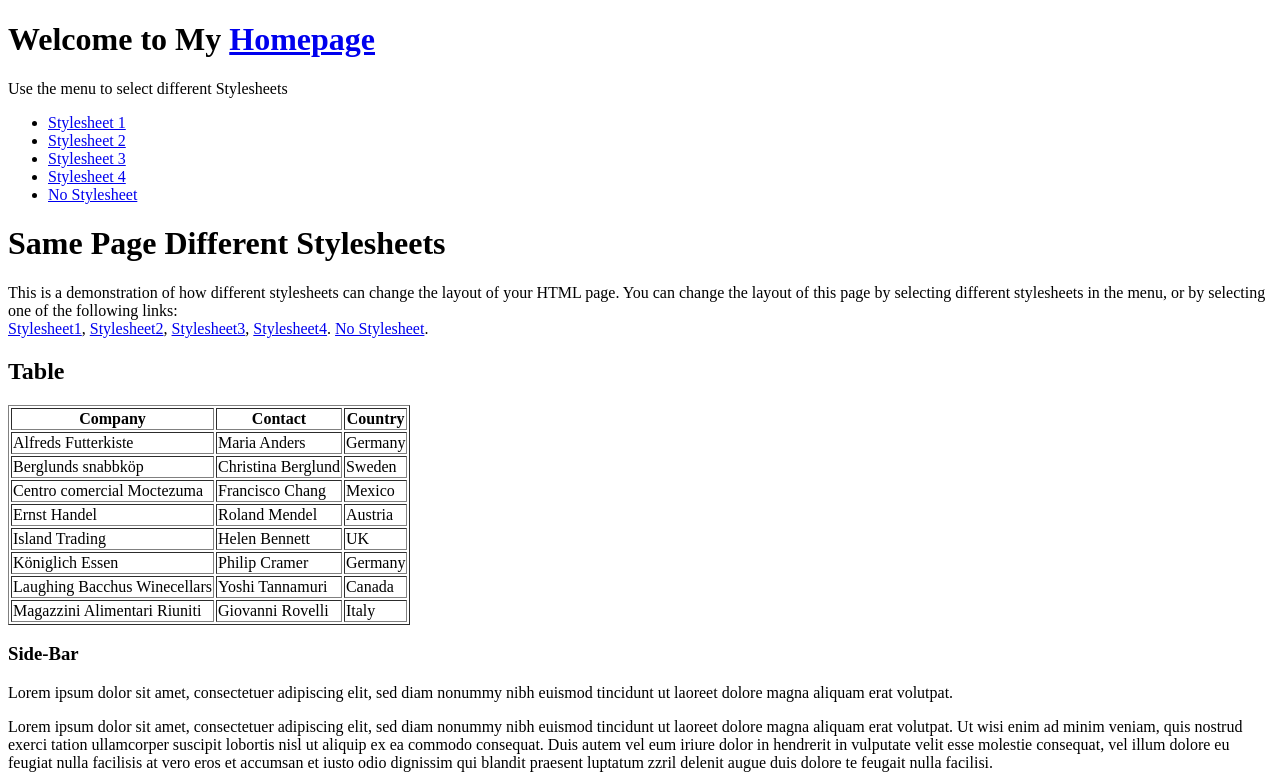
Repository: SanghunOh/learn_publising
Page: HtmlCss/WebContent/multiple/stylesheetNo.html
These files come from the project's save history. The page is drawn as it stood at one moment and after the next save; the edit follows.
The browser window is 1280 px wide. The pictures show the whole page.

Above is the page before, as saved 2017-10-11 00:54:45.

### HtmlCss/WebContent/multiple/stylesheetNo.html
<!DOCTYPE html>
<html>
<head>
<meta http-equiv="Content-Type" content="text/html; charset=utf-8">
<!-- meta http-equiv="Content-Type" content="text/html; charset=windows-1252" -->
<style>
</style>
</head>
<body>

	<div class="container wrapper">
		<div id="top">
			<h1>Welcome to My <a href="../index.html">Homepage</a></h1>
			<p>Use the menu to select different Stylesheets</p>
		</div>
		<div class="wrapper">
			<div id="menubar">
				<ul id="menulist">
					<li class="menuitem"><a class="menulink" href="stylesheet01.html">Stylesheet
							1</a></li>
					<li class="menuitem"><a class="menulink" href="stylesheet02.html">Stylesheet
							2</a></li>
					<li class="menuitem"><a class="menulink" href="stylesheet03.html">Stylesheet
							3</a></li>
					<li class="menuitem"><a class="menulink" href="stylesheet04.html">Stylesheet
							4</a></li>
					<li class="menuitem"><a class="menulink" href="stylesheetNo.html">No
							Stylesheet</a></li>
				</ul>
			</div>
			<div id="main">
				<h1>Same Page Different Stylesheets</h1>
				<p>
					This is a demonstration of how different stylesheets can change the
					layout of your HTML page. You can change the layout of this page by
					selecting different stylesheets in the menu, or by selecting one of
					the following links:<br> <a href="stylesheet01.html">Stylesheet1</a>,
					<a href="stylesheet02.html">Stylesheet2</a>, <a
						href="stylesheet03.html">Stylesheet3</a>, <a
						href="stylesheet04.html">Stylesheet4</a>. <a
						href="stylesheetNo.html">No Stylesheet</a>.

				</p>
				<h2>Table</h2>
				<table id="customers" border=1>
					<tbody>
						<tr>
							<th>Company</th>
							<th>Contact</th>
							<th>Country</th>
						</tr>
						<tr>
							<td>Alfreds Futterkiste</td>
							<td>Maria Anders</td>
							<td>Germany</td>
						</tr>
						<tr class="alt">
							<td>Berglunds snabbköp</td>
							<td>Christina Berglund</td>
							<td>Sweden</td>
						</tr>
						<tr>
							<td>Centro comercial Moctezuma</td>
							<td>Francisco Chang</td>
							<td>Mexico</td>
						</tr>
						<tr class="alt">
							<td>Ernst Handel</td>
							<td>Roland Mendel</td>
							<td>Austria</td>
						</tr>
						<tr>
							<td>Island Trading</td>
							<td>Helen Bennett</td>
							<td>UK</td>
						</tr>
						<tr class="alt">
							<td>Königlich Essen</td>
							<td>Philip Cramer</td>
							<td>Germany</td>
						</tr>
						<tr>
							<td>Laughing Bacchus Winecellars</td>
							<td>Yoshi Tannamuri</td>
							<td>Canada</td>
						</tr>
						<tr class="alt">
							<td>Magazzini Alimentari Riuniti</td>
							<td>Giovanni Rovelli</td>
							<td>Italy</td>
						</tr>
					</tbody>
				</table>
			</div>
			<div id="sidebar">
				<h3>Side-Bar</h3>
				<p>Lorem ipsum dolor sit amet, consectetuer adipiscing elit, sed
					diam nonummy nibh euismod tincidunt ut laoreet dolore magna aliquam
					erat volutpat.</p>
			</div>
		</div>


		<div id="bottom">Lorem ipsum dolor sit amet, consectetuer
			adipiscing elit, sed diam nonummy nibh euismod tincidunt ut laoreet
			dolore magna aliquam erat volutpat. Ut wisi enim ad minim veniam,
			quis nostrud exerci tation ullamcorper suscipit lobortis nisl ut
			aliquip ex ea commodo consequat. Duis autem vel eum iriure dolor in
			hendrerit in vulputate velit esse molestie consequat, vel illum
			dolore eu feugiat nulla facilisis at vero eros et accumsan et iusto
			odio dignissim qui blandit praesent luptatum zzril delenit augue duis
			dolore te feugait nulla facilisi.</div>
	</div>
</body>
</html>

After the next save:
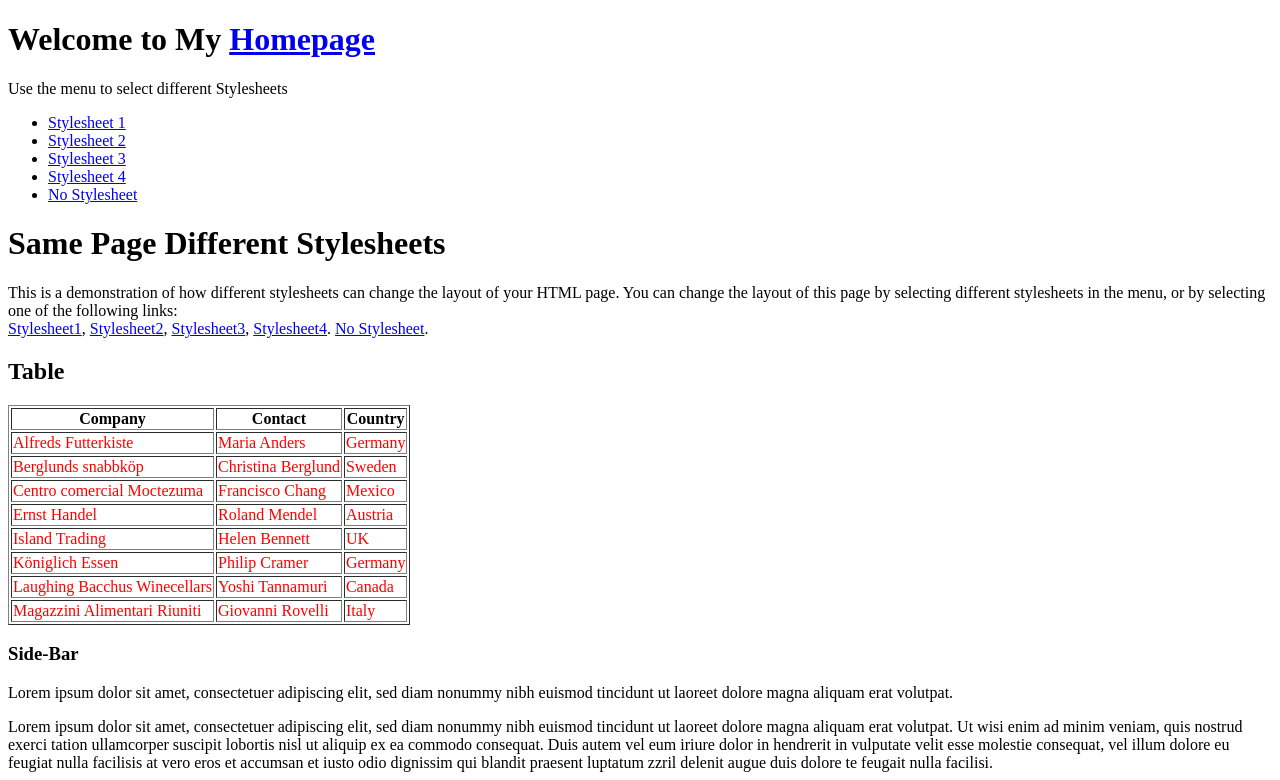
Saved 6 h 52 min later.
--- a/HtmlCss/WebContent/multiple/stylesheetNo.html
+++ b/HtmlCss/WebContent/multiple/stylesheetNo.html
@@ -4,6 +4,7 @@
 <meta http-equiv="Content-Type" content="text/html; charset=utf-8">
 <!-- meta http-equiv="Content-Type" content="text/html; charset=windows-1252" -->
 <style>
+table tr td{color:red;}
 </style>
 </head>
 <body>
